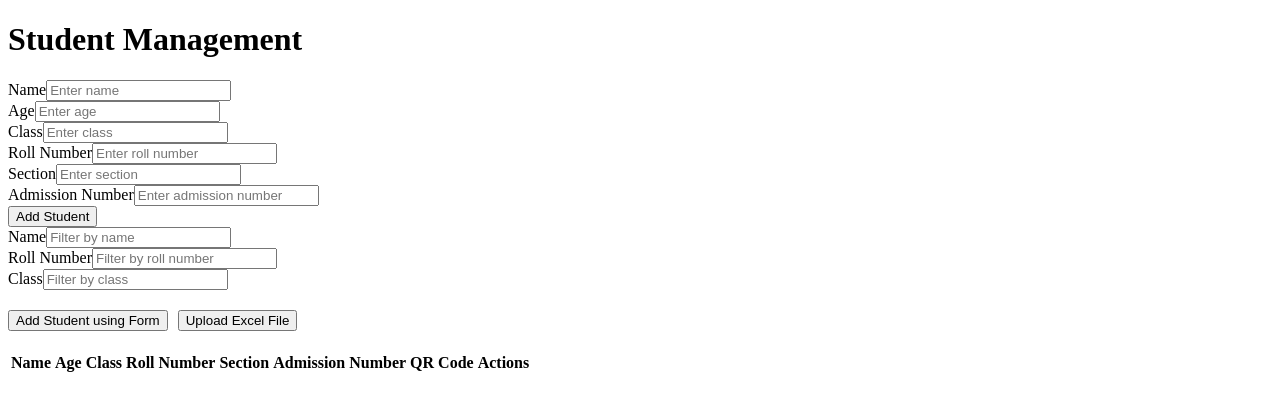
Repository: Hitesh8980/Student_Management
Page: / (app in Front-end/)
An editor plug-in stored every save of this project. The page is shown before and after the next save, followed by the edit.
The browser window is 1280 px wide. The pictures show the whole page.
The page's requests for data from a server got no answer. The project was rebuilt for these pictures with package versions that can differ from the ones it lists, and the page was loaded fresh each time. No one was signed in, and anything a server would have sent is missing. Also part of the build but not shown: Front-end/vite.config.js, Front-end/src/components/QrcodeGenerator.jsx, Front-end/src/components/Fileupload.jsx, Front-end/src/index.css.

Above is the page before, as saved 2024-09-18 08:34:52.

### Front-end/src/App.jsx
import React, { useState, useEffect } from 'react';
import axios from 'axios';
import StudentForm from './components/StudentForm';
import StudentList from './components/Studentlist';

function App() {
  const [students, setStudents] = useState([]);

  useEffect(() => {
    fetchStudents();
  }, []);

  const fetchStudents = async () => {
    try {
      const response = await axios.get('http://localhost:5000/api/students');
      setStudents(response.data); // Update the student list in the state
    } catch (error) {
      console.error('Error fetching students:', error);
    }
  };

  return (
    <div>
      <h1>Student Management</h1>
      {/* Student Form Component */}
      <StudentForm fetchStudents={fetchStudents} />
      {/* Student List Table */}
      <StudentList students={students} />
    </div>
  );
}

export default App;

### Front-end/src/components/StudentForm.jsx
import React, { useState } from 'react';
import axios from 'axios';
import { Form, Button } from 'react-bootstrap';

function StudentForm({ fetchStudents }) {
  const [student, setStudent] = useState({
    name: '',
    age: '',
    class: '',
    rollNumber: '',
    section: '',
    admissionNumber: ''
  });

  const handleInputChange = (e) => {
    const { name, value } = e.target;
    setStudent((prev) => ({ ...prev, [name]: value }));
  };

  const handleSubmit = async (e) => {
    e.preventDefault();

    if (!student.admissionNumber || !student.name) {
      alert('Admission Number and Name are required.');
      return;
    }

    try {
      await axios.post('http://localhost:5000/api/students', {
        id: student.admissionNumber,
        data: student
      });
      setStudent({
        name: '',
        age: '',
        class: '',
        rollNumber: '',
        section: '',
        admissionNumber: ''
      });
      fetchStudents();
    } catch (error) {
      console.error('Error adding/updating student:', error);
    }
  };

  return (
    <Form onSubmit={handleSubmit}>
      <Form.Group controlId="formBasicName">
        <Form.Label>Name</Form.Label>
        <Form.Control
          type="text"
          placeholder="Enter name"
          name="name"
          value={student.name}
          onChange={handleInputChange}
        />
      </Form.Group>
      <Form.Group controlId="formBasicAge">
        <Form.Label>Age</Form.Label>
        <Form.Control
          type="number"
          placeholder="Enter age"
          name="age"
          value={student.age}
          onChange={handleInputChange}
        />
      </Form.Group>
      <Form.Group controlId="formBasicClass">
        <Form.Label>Class</Form.Label>
        <Form.Control
          type="text"
          placeholder="Enter class"
          name="class"
          value={student.class}
          onChange={handleInputChange}
        />
      </Form.Group>
      <Form.Group controlId="formBasicRollNumber">
        <Form.Label>Roll Number</Form.Label>
        <Form.Control
          type="text"
          placeholder="Enter roll number"
          name="rollNumber"
          value={student.rollNumber}
          onChange={handleInputChange}
        />
      </Form.Group>
      <Form.Group controlId="formBasicSection">
        <Form.Label>Section</Form.Label>
        <Form.Control
          type="text"
          placeholder="Enter section"
          name="section"
          value={student.section}
          onChange={handleInputChange}
        />
      </Form.Group>
      <Form.Group controlId="formBasicAdmissionNumber">
        <Form.Label>Admission Number</Form.Label>
        <Form.Control
          type="text"
          placeholder="Enter admission number"
          name="admissionNumber"
          value={student.admissionNumber}
          onChange={handleInputChange}
        />
      </Form.Group>
      <Button variant="primary" type="submit">
        Add Student
      </Button>
    </Form>
  );
}

export default StudentForm;

### Front-end/src/components/Studentlist.jsx
import React, { useState, useEffect } from 'react';
import { Table, Button, Form, Collapse, Row, Col } from 'react-bootstrap';
import QRCodeGenerator from './QrcodeGenerator';
import StudentForm from './StudentForm';
import FileUpload from './Fileupload';
import axios from 'axios';
import '../index.css';

function StudentList() {
  const [students, setStudents] = useState([]);
  const [filteredStudents, setFilteredStudents] = useState([]);
  const [filters, setFilters] = useState({
    name: '',
    rollNumber: '',
    class: ''
  });

  const [showForm, setShowForm] = useState(false);
  const [showFileUpload, setShowFileUpload] = useState(false);

  useEffect(() => {
    fetchStudents();
  }, []);

  useEffect(() => {
    setFilteredStudents(students); // Ensure all students are displayed initially
    applyFilters();
  }, [students, filters]);

  const fetchStudents = async () => {
    try {
      const response = await axios.get('http://localhost:5000/api/students');
      console.log(response.data); // Check if the data is an array
      const studentData = Array.isArray(response.data) ? response.data : [];
      setStudents(studentData);
      setFilteredStudents(studentData); // Update filteredStudents initially with all students
    } catch (error) {
      console.error('Error fetching students:', error);
    }
  };


  const handleFilterChange = (e) => {
    const { name, value } = e.target;
    setFilters((prev) => ({ ...prev, [name]: value }));
  };

  const applyFilters = () => {
    if (!Array.isArray(students)) return;

    const { name, rollNumber, class: studentClass } = filters;

    const filtered = students.filter((student) => {
      return (
        (name === '' || student.name?.toLowerCase().includes(name.toLowerCase())) &&
        (rollNumber === '' || student.rollNumber?.toLowerCase().includes(rollNumber.toLowerCase())) &&
        (studentClass === '' || student.class?.toLowerCase().includes(studentClass.toLowerCase()))
      );
    });

    setFilteredStudents(filtered);
  };

  const handleDelete = async (id) => {
    try {
      await axios.delete(`http://localhost:5000/api/students/${id}`);
      fetchStudents();
    } catch (error) {
      console.error('Error deleting student:', error);
    }
  };

  const toggleForm = () => setShowForm((prev) => !prev);
  const toggleFileUpload = () => setShowFileUpload((prev) => !prev);

  return (
    <div className="table-container">
      {/* Filter Form */}
      <Form className="filter-form">
        <Row>
          <Col md={4}>
            <Form.Group controlId="filterName">
              <Form.Label>Name</Form.Label>
              <Form.Control
                type="text"
                placeholder="Filter by name"
                name="name"
                value={filters.name}
                onChange={handleFilterChange}
              />
            </Form.Group>
          </Col>
          <Col md={4}>
            <Form.Group controlId="filterRollNumber">
              <Form.Label>Roll Number</Form.Label>
              <Form.Control
                type="text"
                placeholder="Filter by roll number"
                name="rollNumber"
                value={filters.rollNumber}
                onChange={handleFilterChange}
              />
            </Form.Group>
          </Col>
          <Col md={4}>
            <Form.Group controlId="filterClass">
              <Form.Label>Class</Form.Label>
              <Form.Control
                type="text"
                placeholder="Filter by class"
                name="class"
                value={filters.class}
                onChange={handleFilterChange}
              />
            </Form.Group>
          </Col>
        </Row>
      </Form>

      {/* Buttons to toggle forms */}
      <div className="button-group" style={{ margin: '20px 0' }}>
        <Button variant="primary" onClick={toggleForm}>
          Add Student using Form
        </Button>
        <Button variant="secondary" onClick={toggleFileUpload} style={{ marginLeft: '10px' }}>
          Upload Excel File
        </Button>
      </div>

      {/* Conditionally rendering the Student Form */}
      {showForm && (
        <Collapse in={showForm}>
          <div>
            <StudentForm fetchStudents={fetchStudents} />
          </div>
        </Collapse>
      )}

      {/* Conditionally rendering the File Upload Form */}
      {showFileUpload && (
        <Collapse in={showFileUpload}>
          <div>
            <FileUpload fetchStudents={fetchStudents} />
          </div>
        </Collapse>
      )}

      {/* Student Table */}
      <Table striped bordered hover responsive className="student-table">
        <thead>
          <tr>
            <th>Name</th>
            <th>Age</th>
            <th>Class</th>
            <th>Roll Number</th>
            <th>Section</th>
            <th>Admission Number</th>
            <th>QR Code</th>
            <th>Actions</th>
          </tr>
        </thead>
        <tbody>
          {filteredStudents.map((student) => (
            <tr key={student.admissionNumber}>
              <td>{student.name}</td>
              <td>{student.age}</td>
              <td>{student.class}</td>
              <td>{student.rollNumber}</td>
              <td>{student.section}</td>
              <td>{student.admissionNumber}</td>
              <td>
                <QRCodeGenerator value={student.admissionNumber} />
              </td>
              <td>
                <Button
                  variant="danger"
                  onClick={() => handleDelete(student.admissionNumber)}
                >
                  Delete
                </Button>
              </td>
            </tr>
          ))}
        </tbody>
      </Table>
    </div>
  );
}

export default StudentList;

### Front-end/src/components/Studentform.jsx
import React, { useState } from 'react';
import axios from 'axios';
import { Form, Button } from 'react-bootstrap';

function StudentForm({ fetchStudents }) {
  const [student, setStudent] = useState({
    name: '',
    age: '',
    class: '',
    rollNumber: '',
    section: '',
    admissionNumber: ''
  });

  const handleInputChange = (e) => {
    const { name, value } = e.target;
    setStudent((prev) => ({ ...prev, [name]: value }));
  };

  const handleSubmit = async (e) => {
    e.preventDefault();

    if (!student.admissionNumber || !student.name) {
      alert('Admission Number and Name are required.');
      return;
    }

    try {
      await axios.post('http://localhost:5000/api/students', {
        id: student.admissionNumber,
        data: student
      });
      setStudent({
        name: '',
        age: '',
        class: '',
        rollNumber: '',
        section: '',
        admissionNumber: ''
      });
      fetchStudents();
    } catch (error) {
      console.error('Error adding/updating student:', error);
    }
  };

  return (
    <Form onSubmit={handleSubmit} style={{ display: 'flex', flexWrap: 'wrap', gap: '15px', justifyContent: 'space-between' }}>
  <Form.Group controlId="formBasicName" style={{ flex: '1 1 30%' }}>
    <Form.Label>Name</Form.Label>
    <Form.Control
      type="text"
      placeholder="Enter name"
      name="name"
      value={student.name}
      onChange={handleInputChange}
    />
  </Form.Group>

  <Form.Group controlId="formBasicAge" style={{ flex: '1 1 30%' }}>
    <Form.Label>Age</Form.Label>
    <Form.Control
      type="number"
      placeholder="Enter age"
      name="age"
      value={student.age}
      onChange={handleInputChange}
    />
  </Form.Group>

  <Form.Group controlId="formBasicClass" style={{ flex: '1 1 30%' }}>
    <Form.Label>Class</Form.Label>
    <Form.Control
      type="text"
      placeholder="Enter class"
      name="class"
      value={student.class}
      onChange={handleInputChange}
    />
  </Form.Group>

  <Form.Group controlId="formBasicRollNumber" style={{ flex: '1 1 30%' }}>
    <Form.Label>Roll Number</Form.Label>
    <Form.Control
      type="text"
      placeholder="Enter roll number"
      name="rollNumber"
      value={student.rollNumber}
      onChange={handleInputChange}
    />
  </Form.Group>

  <Form.Group controlId="formBasicSection" style={{ flex: '1 1 30%' }}>
    <Form.Label>Section</Form.Label>
    <Form.Control
      type="text"
      placeholder="Enter section"
      name="section"
      value={student.section}
      onChange={handleInputChange}
    />
  </Form.Group>

  <Form.Group controlId="formBasicAdmissionNumber" style={{ flex: '1 1 30%' }}>
    <Form.Label>Admission Number</Form.Label>
    <Form.Control
      type="text"
      placeholder="Enter admission number"
      name="admissionNumber"
      value={student.admissionNumber}
      onChange={handleInputChange}
    />
  </Form.Group>

  <Button variant="primary" type="submit" style={{ width: '100%', marginTop: '20px' }}>
    Add Student
  </Button>
</Form>
  );
}

export default StudentForm;

Loaded but not shown: Front-end/index.html (common file); Front-end/src/main.jsx (common file)

After the next save:
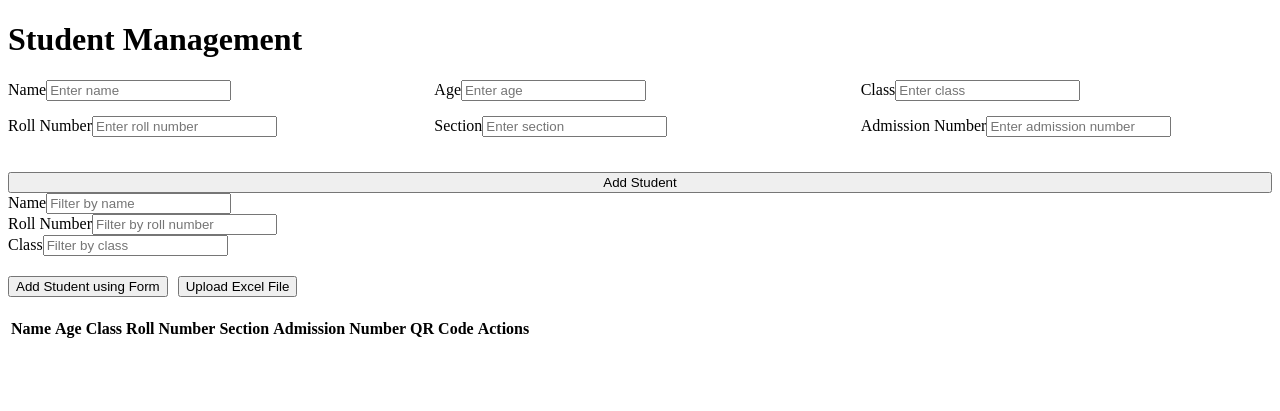
Saved 5 s later.
--- a/Front-end/src/App.jsx
+++ b/Front-end/src/App.jsx
@@ -1,6 +1,6 @@
 import React, { useState, useEffect } from 'react';
 import axios from 'axios';
-import StudentForm from './components/StudentForm';
+import StudentForm from './components/Studentform';
 import StudentList from './components/Studentlist';
 
 function App() {
